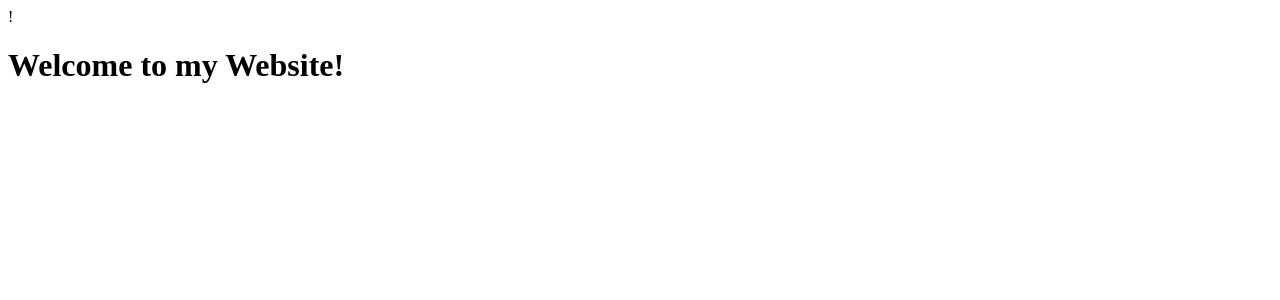
Repository: shazid98/shazid_webpage
Page: index.html
The author's editor kept a copy of each file at every save. The page is drawn from the files as they stood at one save, then again after the next save.
The browser window is 1280 px wide. The pictures show the whole page.

Above is the page before, as saved 2022-07-04 15:24:04.

After the next save:
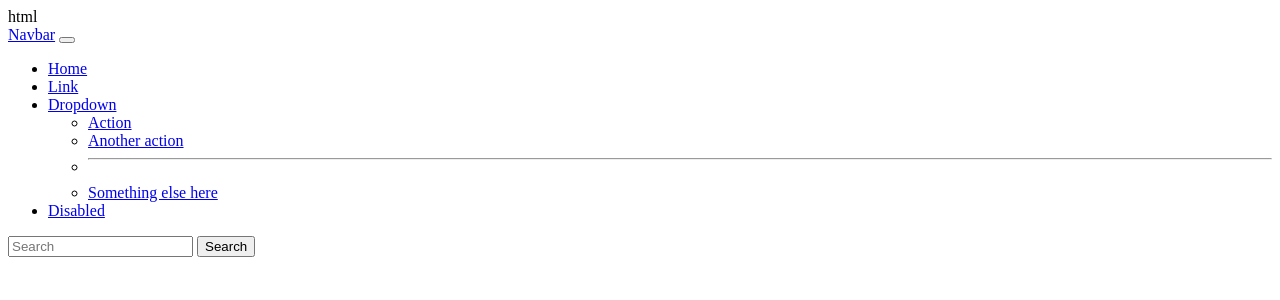
Saved 7 min 12 s later.
--- a/index.html
+++ b/index.html
@@ -1,3 +1,58 @@
-!<!DOCTYPE html>
+html <!DOCTYPE html>
+<!--[if lt IE 7]>      <html class="no-js lt-ie9 lt-ie8 lt-ie7"> <![endif]-->
+<!--[if IE 7]>         <html class="no-js lt-ie9 lt-ie8"> <![endif]-->
+<!--[if IE 8]>         <html class="no-js lt-ie9"> <![endif]-->
+<!--[if gt IE 8]>      <html class="no-js"> <!--<![endif]-->
+<html>
+    <head>
+        <meta charset="utf-8">
+        <meta http-equiv="X-UA-Compatible" content="IE=edge">
+        <title></title>
+        <meta name="description" content="">
+        <meta name="viewport" content="width=device-width, initial-scale=1">
+        <link rel="stylesheet" href="">
+    </head>
+    <body>
+        <!--[if lt IE 7]>
+            <p class="browsehappy">You are using an <strong>outdated</strong> browser. Please <a href="#">upgrade your browser</a> to improve your experience.</p>
+        <![endif]-->
+        <nav class="navbar navbar-expand-lg navbar-light bg-light">
+            <div class="container-fluid">
+              <a class="navbar-brand" href="#">Navbar</a>
+              <button class="navbar-toggler" type="button" data-bs-toggle="collapse" data-bs-target="#navbarSupportedContent" aria-controls="navbarSupportedContent" aria-expanded="false" aria-label="Toggle navigation">
+                <span class="navbar-toggler-icon"></span>
+              </button>
+              <div class="collapse navbar-collapse" id="navbarSupportedContent">
+                <ul class="navbar-nav me-auto mb-2 mb-lg-0">
+                  <li class="nav-item">
+                    <a class="nav-link active" aria-current="page" href="#">Home</a>
+                  </li>
+                  <li class="nav-item">
+                    <a class="nav-link" href="#">Link</a>
+                  </li>
+                  <li class="nav-item dropdown">
+                    <a class="nav-link dropdown-toggle" href="#" id="navbarDropdown" role="button" data-bs-toggle="dropdown" aria-expanded="false">
+                      Dropdown
+                    </a>
+                    <ul class="dropdown-menu" aria-labelledby="navbarDropdown">
+                      <li><a class="dropdown-item" href="#">Action</a></li>
+                      <li><a class="dropdown-item" href="#">Another action</a></li>
+                      <li><hr class="dropdown-divider"></li>
+                      <li><a class="dropdown-item" href="#">Something else here</a></li>
+                    </ul>
+                  </li>
+                  <li class="nav-item">
+                    <a class="nav-link disabled" href="#" tabindex="-1" aria-disabled="true">Disabled</a>
+                  </li>
+                </ul>
+                <form class="d-flex">
+                  <input class="form-control me-2" type="search" placeholder="Search" aria-label="Search">
+                  <button class="btn btn-outline-success" type="submit">Search</button>
+                </form>
+              </div>
+            </div>
+          </nav>
 
-<h1> Welcome to my Website! </h1>
+        <script src="" async defer></script>
+    </body>
+</html>
